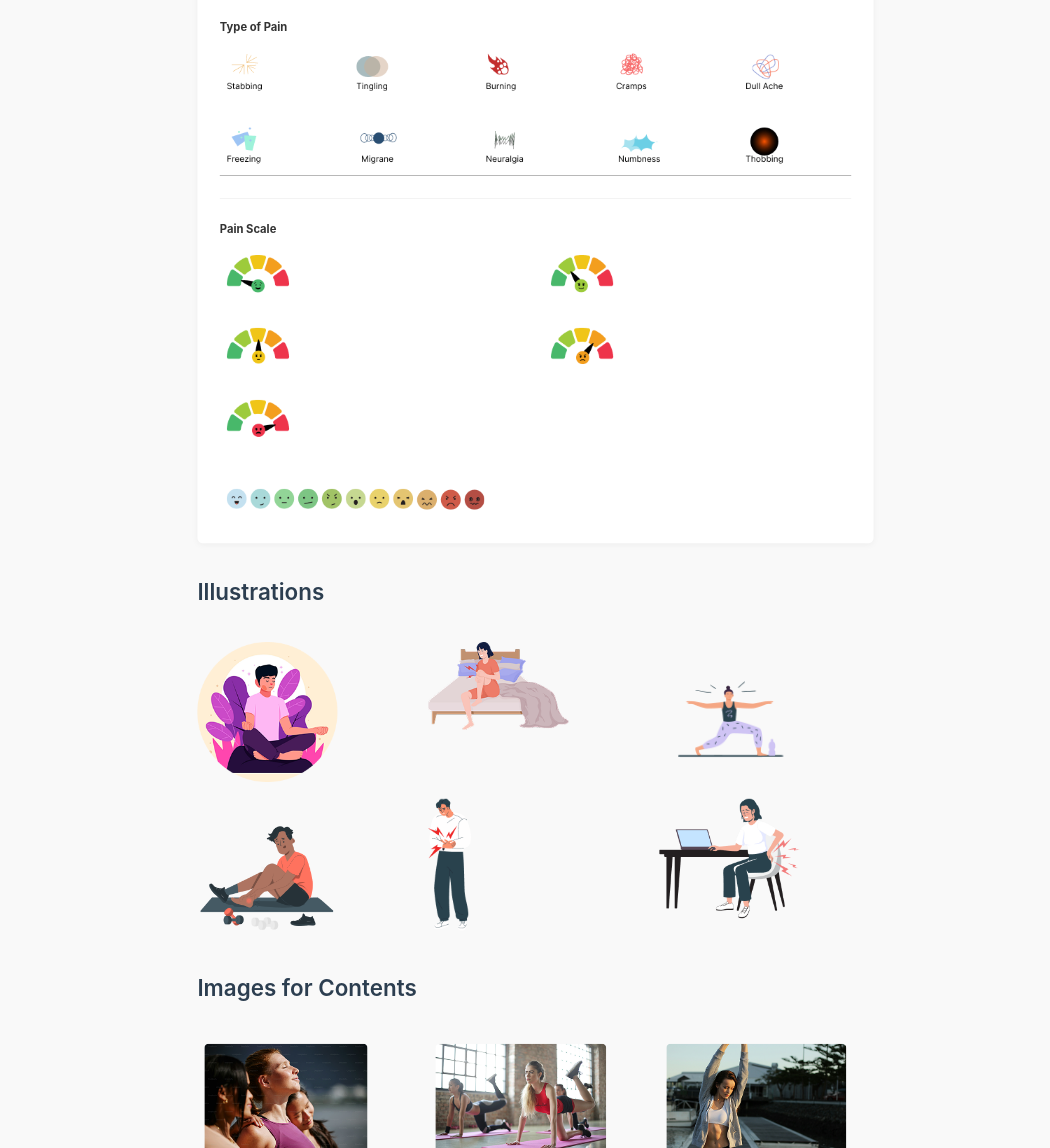
Repository: rosielee09/Heal_U
Page: graphics.html
The author's editor kept a copy of each file at every save. The page is drawn from the files as they stood at one save, then again after the next save.
The browser window is 1280 px wide. The page is 1500 px wide, so the pictures cover 1500 px, including what lies to the right of the window. The pictures show the part of the page from y = 1793 to 3433 px (the page is 4675 px tall before and 4673 px after), at 70% of full size.

Above is the page before, as saved 2025-04-06 11:04:33.

After the next save:
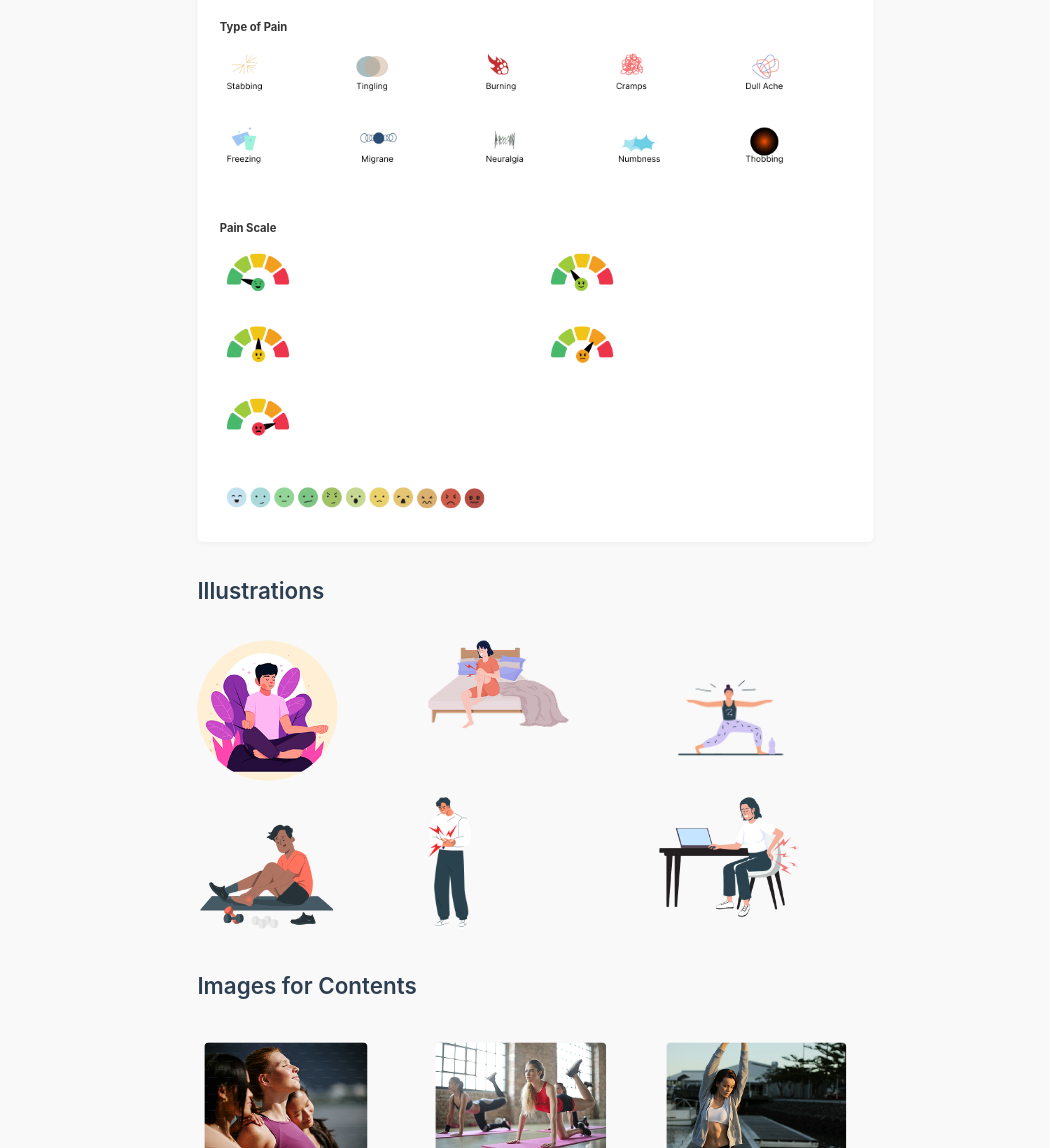
Saved 16 s later.
--- a/styles.css
+++ b/styles.css
@@ -12,10 +12,9 @@
 }
 
 hr {
-    border-top: 0.4px, lightgray;
+    border: 0.4px, lightgray;
     padding: 1rem;
-    border-left: 0;
-    border-right: 0;
+
 }
 
 /* Layout */

After the save that followed:
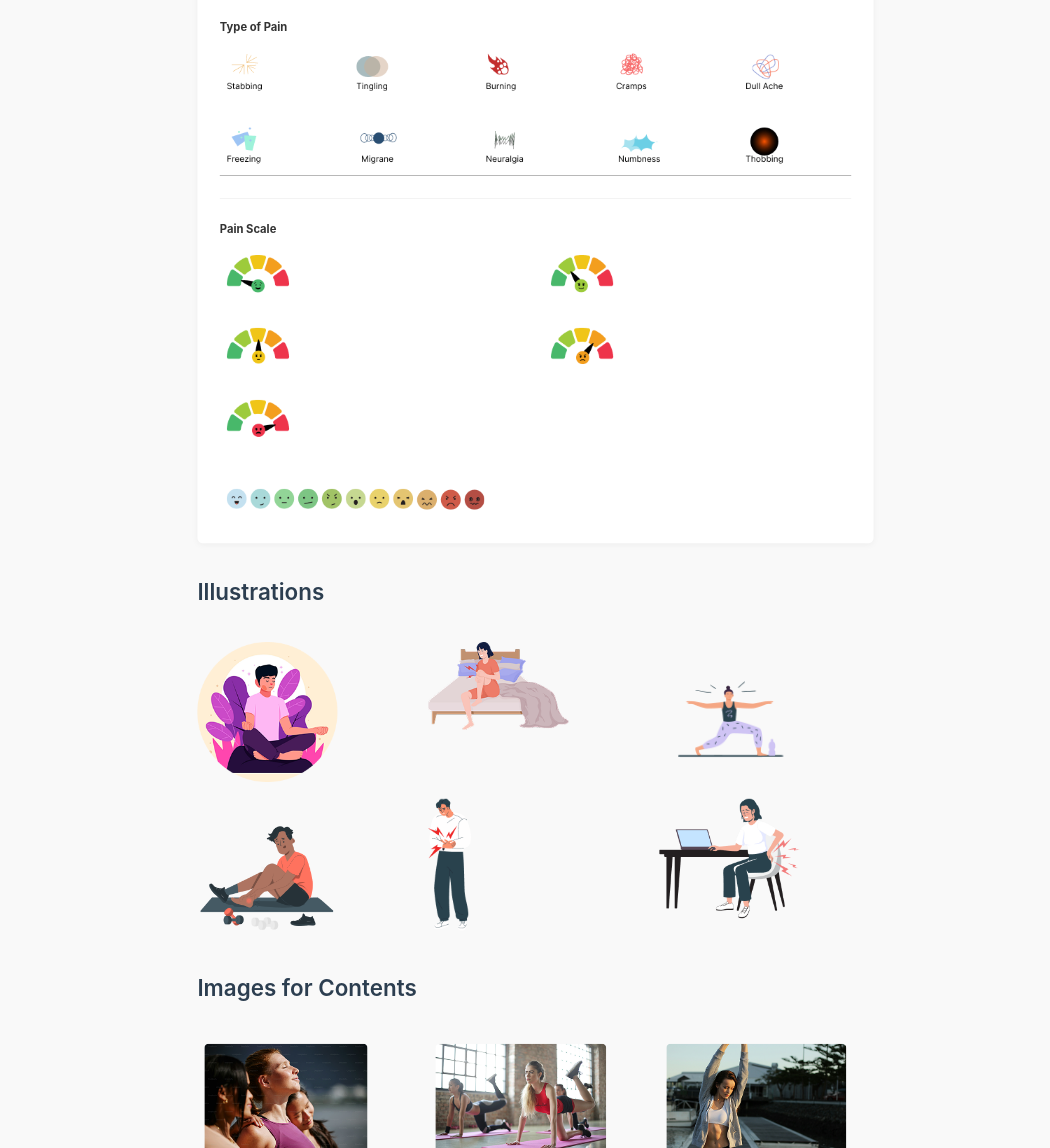
Saved 5 s later.
--- a/styles.css
+++ b/styles.css
@@ -12,9 +12,10 @@
 }
 
 hr {
-    border: 0.4px, lightgray;
+    border-top: 0.4px, lightgray;
     padding: 1rem;
-
+    border-left: 0;
+    border-right: 0;
 }
 
 /* Layout */
